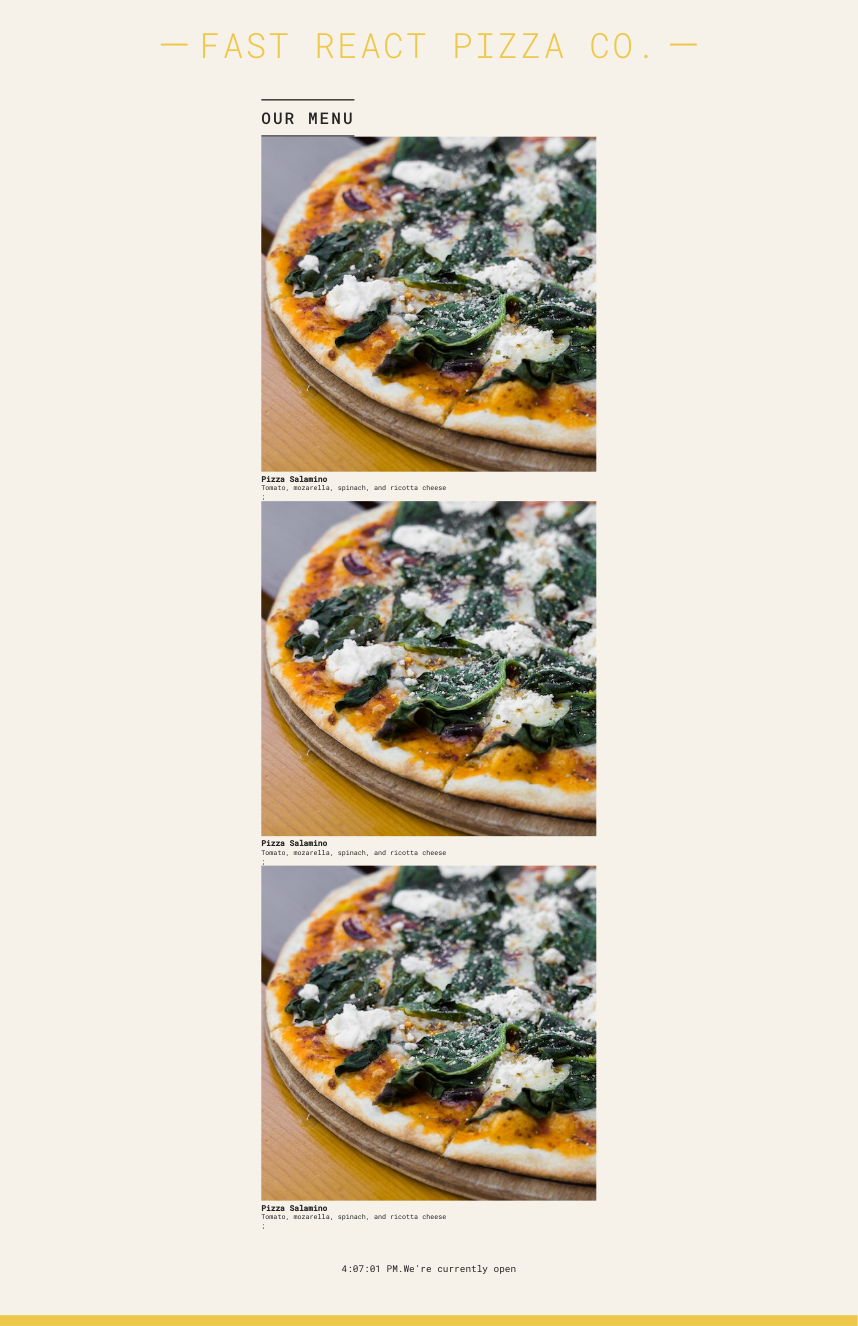
Repository: Aaryan-Poria/pizza-menu
Page: /
The author's editor kept a copy of each file at every save. The page is drawn from the files as they stood at one save, then again after the next save.
The browser window is 1280 px wide. The pictures show the whole page, at 67% of full size.
The project was rebuilt for these pictures with package versions that can differ from the ones it lists, and the page was loaded fresh each time.

Above is the page before, as saved 2023-10-10 21:22:52.

### src/index.js
import React from "react";
import ReactDOM from "react-dom/client";
import "./index.css";

const pizzaData = [
  {
    name: "Focaccia",
    ingredients: "Bread with italian olive oil and rosemary",
    price: 6,
    photoName: "pizzas/focaccia.jpg",
    soldOut: false,
  },
  {
    name: "Pizza Margherita",
    ingredients: "Tomato and mozarella",
    price: 10,
    photoName: "pizzas/margherita.jpg",
    soldOut: false,
  },
  {
    name: "Pizza Spinaci",
    ingredients: "Tomato, mozarella, spinach, and ricotta cheese",
    price: 12,
    photoName: "pizzas/spinaci.jpg",
    soldOut: false,
  },
  {
    name: "Pizza Funghi",
    ingredients: "Tomato, mozarella, mushrooms, and onion",
    price: 12,
    photoName: "pizzas/funghi.jpg",
    soldOut: false,
  },
  {
    name: "Pizza Salamino",
    ingredients: "Tomato, mozarella, and pepperoni",
    price: 15,
    photoName: "pizzas/salamino.jpg",
    soldOut: true,
  },
  {
    name: "Pizza Prosciutto",
    ingredients: "Tomato, mozarella, ham, aragula, and burrata cheese",
    price: 18,
    photoName: "pizzas/prosciutto.jpg",
    soldOut: false,
  },
];

function App() {
  return (
    <div className="container">
      <Header />
      <Menu />
      <Footer />
    </div>
  );
}

function Pizza() {
  return (
    <div>
      <img src="pizzas/spinaci.jpg" alt="Pizza-Spinaci.img"></img>
      <h3> Pizza Salamino</h3>
      <p>Tomato, mozarella, spinach, and ricotta cheese</p>;
    </div>
  );
}

function Header() {
  const style = {}; // A JS Object
  return (
    <header className="header">
      <h1 style={style}>Fast React Pizza Co.</h1>
    </header>
  ); // CSS in JSX is an object. We have another {} to basically enter JS Mode
}
function Menu() {
  return (
    <main className="menu">
      <div>
        <h2> Our Menu</h2>
        <Pizza />
        <Pizza />
        <Pizza />
      </div>
    </main>
  );
}
function Footer() {
  const hour = new Date().getHours();
  const openingHour = 8;
  const closingHour = 23;

  const isOpen = hour >= openingHour && hour <= closingHour;
  console.log(isOpen);

  return (
    <footer className="footer">
      {new Date().toLocaleTimeString()}.We're currently open
    </footer>
  );
}

// React Version 18 and further
const root = ReactDOM.createRoot(document.getElementById("root"));
root.render(
  <React.StrictMode>
    <App />
  </React.StrictMode>
);

Loaded but not shown: public/index.html (common file); src/index.css (common file)

After the next save:
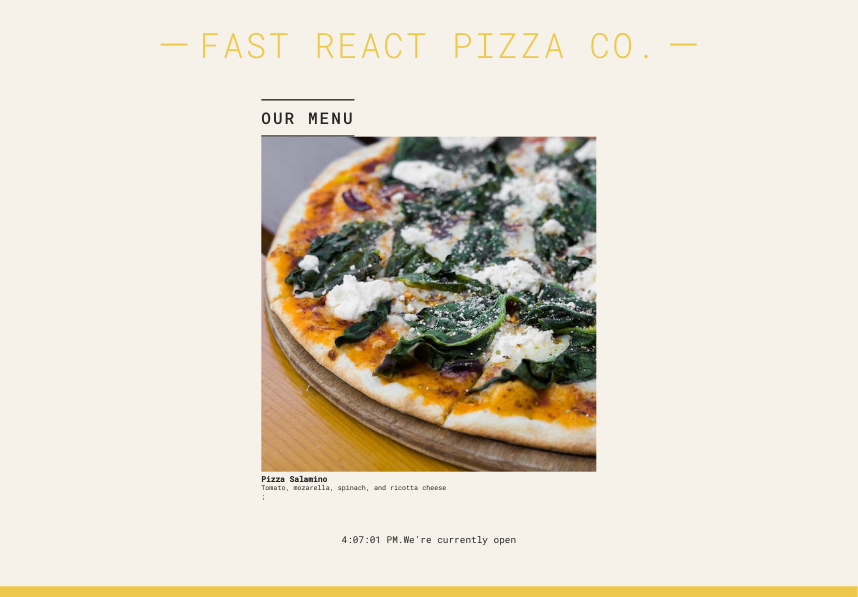
Saved 2 min 52 s later.
--- a/src/index.js
+++ b/src/index.js
@@ -57,16 +57,6 @@ function App() {
   );
 }
 
-function Pizza() {
-  return (
-    <div>
-      <img src="pizzas/spinaci.jpg" alt="Pizza-Spinaci.img"></img>
-      <h3> Pizza Salamino</h3>
-      <p>Tomato, mozarella, spinach, and ricotta cheese</p>;
-    </div>
-  );
-}
-
 function Header() {
   const style = {}; // A JS Object
   return (
@@ -81,12 +71,21 @@ function Menu() {
       <div>
         <h2> Our Menu</h2>
         <Pizza />
-        <Pizza />
-        <Pizza />
       </div>
     </main>
   );
 }
+
+function Pizza() {
+  return (
+    <div>
+      <img src="pizzas/spinaci.jpg" alt="Pizza-Spinaci.img"></img>
+      <h3> Pizza Salamino</h3>
+      <p>Tomato, mozarella, spinach, and ricotta cheese</p>;
+    </div>
+  );
+}
+
 function Footer() {
   const hour = new Date().getHours();
   const openingHour = 8;
